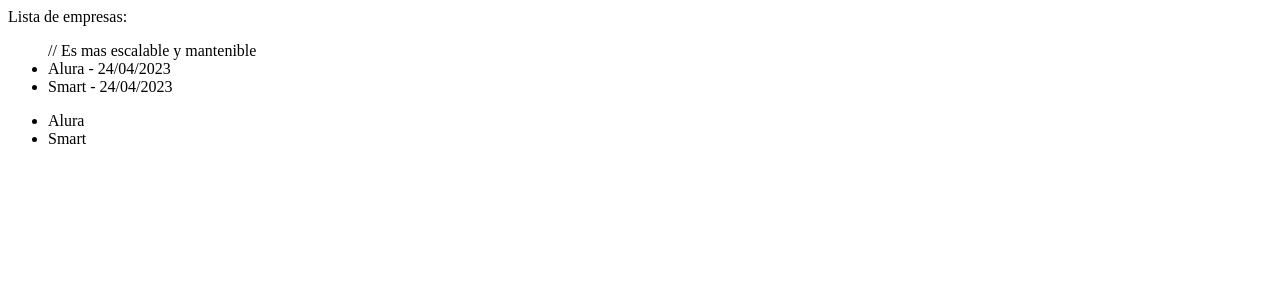
Repository: vtorres65/Crud_Servlet
Page: http://localhost/gerenciador/listaEmpresas
An editor plug-in stored every save of this project. The page is shown before and after the next save, followed by the edit.
The browser window is 1280 px wide. The pictures show the whole page.
The page is served by Tomcat 10. Other server files are loaded and not shown.

Above is the page before, as saved 2023-05-05 16:11:28.

### gerenciador/src/main/webapp/listaEmpresas.jsp
<%@page import="com.alura.gerenciador.servlet.Empresa"%>
<%@page import="java.util.List"%>
<%@ page language="java" contentType="text/html; charset=ISO-8859-1"
    pageEncoding="ISO-8859-1"%>
<%@ taglib uri="http://java.sun.com/jsp/jstl/core" prefix="c"%>
<%@ taglib uri="http://java.sun.com/jsp/jstl/fmt" prefix="fmt"%>
<!DOCTYPE html>
<html>
<head>
<meta charset="ISO-8859-1">
<title>Java Standard Taglib</title>
</head>
<body>
	Lista de empresas: <br />

	<ul>
		// Es mas escalable y mantenible
		<c:forEach items="${empresas}" var="empresa">
			<li>${ empresa.nombre } - <fmt:formatDate value="${ empresa.fechaApertura }" pattern="dd/MM/yyyy"/></li>
		</c:forEach>

	</ul>

	<ul>
		<% // No es escalable
			List<Empresa> lista = (List<Empresa>)request.getAttribute("empresas"); //${empresas}
			for (Empresa empresa : lista) {
		%>
			<li><%= empresa.getNombre()%></li>
		<%
			}
		%>

	</ul>

</body>
</html>

### gerenciador/src/main/java/com/alura/gerenciador/servlet/ListaEmpresasServlet.java
package com.alura.gerenciador.servlet;

import jakarta.servlet.RequestDispatcher;
import jakarta.servlet.ServletException;
import jakarta.servlet.annotation.WebServlet;
import jakarta.servlet.http.HttpServlet;
import jakarta.servlet.http.HttpServletRequest;
import jakarta.servlet.http.HttpServletResponse;
import java.io.IOException;
import java.io.PrintWriter;
import java.util.List;

public class ListaEmpresasServlet extends HttpServlet {
	private static final long serialVersionUID = 1L;

	protected void doGet(HttpServletRequest request, HttpServletResponse response) throws ServletException, IOException {

		Db baseDeDatos = new Db();
		List<Empresa> listaEmpresas = baseDeDatos.getEmpresas();

		request.setAttribute("empresas", listaEmpresas);

		RequestDispatcher rd = request.getRequestDispatcher("/listaEmpresas.jsp");
		rd.forward(request, response);
	}

}

### gerenciador/src/main/java/com/alura/gerenciador/servlet/Db.java
package com.alura.gerenciador.servlet;

import java.util.ArrayList;
import java.util.List;

public class Db {

	private static List<Empresa> listaEmpresas = new ArrayList<>();
	private static Integer llaveSecuencial = 1;

	static {
		Empresa empresa = new Empresa();
		empresa.setId(Db.llaveSecuencial++);
		empresa.setNombre("Alura");
		Empresa empresa2 = new Empresa();
		empresa2.setId(Db.llaveSecuencial++);
		empresa2.setNombre("Smart");

		listaEmpresas.add(empresa);
		listaEmpresas.add(empresa2);
	}

	public void agregarEmpresa(Empresa empresa) {
		empresa.setId(Db.llaveSecuencial++);
		Db.listaEmpresas.add(empresa);
	}

	public List<Empresa> getEmpresas(){
		return Db.listaEmpresas;
	}
}

### gerenciador/src/main/java/com/alura/gerenciador/servlet/Empresa.java
package com.alura.gerenciador.servlet;

import java.util.Date;

public class Empresa {

	private Integer id;
	private String nombre;
	private Date fechaApertura = new Date();

	public Integer getId() {
		return id;
	}
	public void setId(Integer id) {
		this.id = id;
	}
	public String getNombre() {
		return nombre;
	}
	public void setNombre(String nombre) {
		this.nombre = nombre;
	}
	public Date getFechaApertura() {
		return fechaApertura;
	}
	public void setFechaApertura(Date fechaApertura) {
		this.fechaApertura = fechaApertura;
	}


}

After the next save:
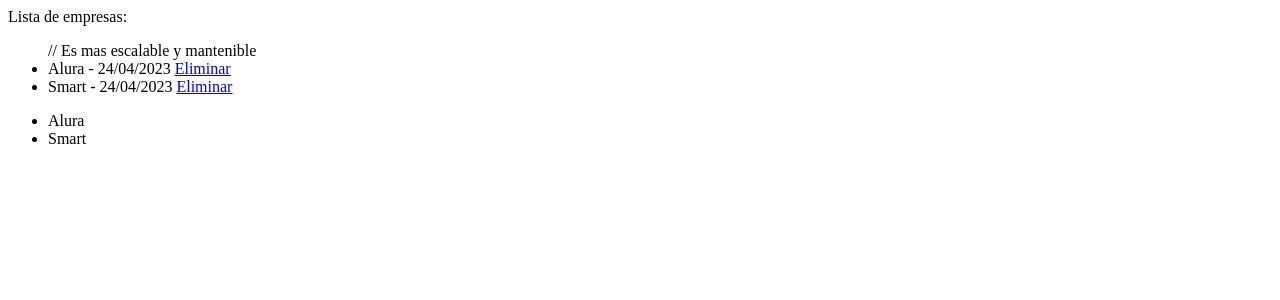
Saved 19 s later.
--- a/gerenciador/src/main/webapp/listaEmpresas.jsp
+++ b/gerenciador/src/main/webapp/listaEmpresas.jsp
@@ -16,7 +16,11 @@
 	<ul>
 		// Es mas escalable y mantenible
 		<c:forEach items="${empresas}" var="empresa">
-			<li>${ empresa.nombre } - <fmt:formatDate value="${ empresa.fechaApertura }" pattern="dd/MM/yyyy"/></li>
+			<li>
+
+				${ empresa.nombre } - <fmt:formatDate value="${ empresa.fechaApertura }" pattern="dd/MM/yyyy"/>
+				<a href="/gerenciador/eliminarEmpresa">Eliminar</a>
+			</li>
 		</c:forEach>
 
 	</ul>
